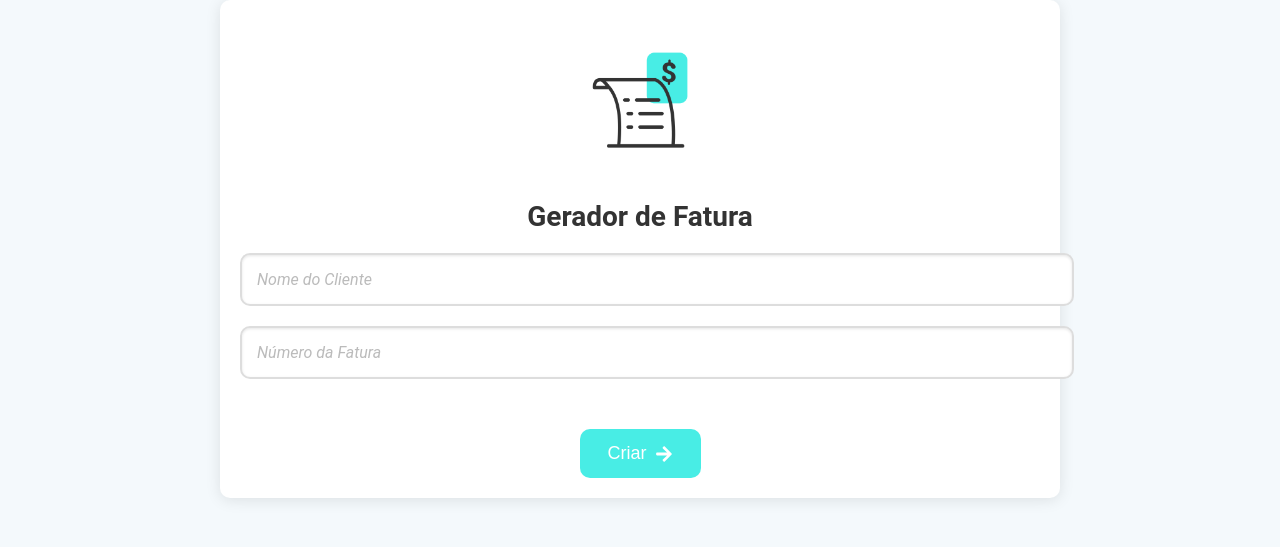
Repository: thmedu/Gerador-de-Faturas
Page: /
An editor plug-in stored every save of this project. The page is shown before and after the next save, followed by the edit.
The browser window is 1280 px wide. The pictures show the whole page.
The project was rebuilt for these pictures with package versions that can differ from the ones it lists, and the page was loaded fresh each time. Also part of the build but not shown: vite.config.js, src/Componete/Template.jsx.

Above is the page before, as saved 2024-07-16 19:32:52.

### index.html
<!DOCTYPE html>
<html lang="pt-BR">

<head>
  <meta charset="UTF-8" />
  <meta name="viewport" content="width=device-width, initial-scale=1.0" />
  <meta name="description" content="Gere sua fatura de forma simples e rápida com nosso gerador de faturas em React." />
  <meta name="keywords" content="fatura, gerador de faturas, React, financeiro" />
  <meta name="author" content="Thomas Eduardo" />
  <link rel="stylesheet" href="./src/App.css">
  <link rel="icon" href="./public/logo.png" />
  <title>Gere sua Fatura</title>
</head>


<body>
  <div id="root"></div>
  <script type="module" src="./src/main.jsx"></script>
</body>

</html>

### src/App.css
body {
  font-family: 'Roboto', sans-serif; /* Modern font */
  background-color: #f4f9fc; /* Softer background */
  margin: 0;
  padding: 0;
}

.container {
  max-width: 600px; /* Increased width for better usability */
  margin: 100px auto; /* Centering */
  padding: 40px 30px; /* Added padding */
  background: white; /* Card style */
  border-radius: 20px; /* More pronounced rounded corners */
  box-shadow: 0 8px 30px rgba(0, 0, 0, 0.2); /* Deeper shadow for a floating effect */
  transition: transform 0.3s; /* Smooth scaling */
}

.container:hover {
  transform: translateY(-5px); /* Lift effect on hover */
}

.logo {
  display: block;
  margin: 0 auto 20px; /* Center the logo */
  max-width: 160px; /* Adjust logo size */
}

.title {
  text-align: center;
  color: #333; /* Darker text */
  font-size: 28px; /* Increased font size */
  margin-bottom: 20px; /* Space below title */
  font-weight: 700; /* Bold title */
}

.form {
  display: flex;
  flex-direction: column; /* Column layout for inputs */
}

.inputs {
  margin-bottom: 30px; /* More space below inputs */
}

.input-field {
  padding: 16px; /* Increased padding for comfort */
  border: 1px solid #ddd; /* Light border */
  border-radius: 10px; /* Rounded corners */
  font-size: 18px; /* Larger font size */
  width: 100%; /* Full width */
  transition: border-color 0.3s, box-shadow 0.3s; /* Smooth transition */
  margin-bottom: 15px; /* Space between inputs */
}

.input-field:focus {
  border-color: #48ede5; /* Highlight on focus */
  outline: none; /* Remove default outline */
  box-shadow: 0 0 5px rgba(72, 237, 229, 0.5); /* Glow effect */
}

.buttons {
  display: flex;
  justify-content: center; /* Center buttons */
}

.submit-button {
  background-color: #48ede5; /* Primary color */
  color: white; /* White text */
  border: none; /* No border */
  border-radius: 10px; /* Rounded corners */
  padding: 14px 28px; /* Padding */
  font-size: 18px; /* Larger font size */
  cursor: pointer; /* Pointer on hover */
  transition: background 0.3s, transform 0.3s; /* Smooth transition */
  display: flex; /* Flex to align icon */
  align-items: center; /* Center icon vertically */
}

.submit-button:hover {
  background-color: #36b4d3; /* Darker on hover */
  transform: scale(1.05); /* Slight zoom effect */
}

.submit-button:disabled {
  background-color: #c0c0c0; /* Grey when disabled */
  cursor: not-allowed; /* Not allowed cursor */
}

.submit-button svg {
  margin-left: 8px; /* Space between text and icon */
}
.input-field {
  padding: 15px; /* Comfortable padding */
  border: 2px solid #ddd; /* Slightly thicker border */
  border-radius: 10px; /* Rounded corners */
  font-size: 16px; /* Appropriate font size */
  width: 100%; /* Full width */
  box-shadow: inset 0 1px 3px rgba(0, 0, 0, 0.1); /* Soft inner shadow */
  transition: border-color 0.3s, box-shadow 0.3s; /* Smooth transitions */
  margin-bottom: 20px; /* Space between inputs */
}

.input-field:focus {
  border-color: #48ede5; /* Highlight border color */
  outline: none; /* Remove default outline */
  box-shadow: 0 0 5px rgba(72, 237, 229, 0.5); /* Subtle glow effect */
}

.input-field::placeholder {
  color: #bbb; /* Light gray placeholder */
  font-style: italic; /* Italic for a modern touch */
}
input {
  font-family: inherit; /* Inherit font family */
}

input:disabled {
  background-color: #f7f7f7; /* Light background for disabled */
  color: #aaa; /* Lighter text color */
}

### src/main.jsx
import React from 'react';
import ReactDOM from 'react-dom';
import App from './App';
import 'react-toastify/dist/ReactToastify.css';
import { ToastContainer } from 'react-toastify';

ReactDOM.render(
  <React.StrictMode>
    <ToastContainer />
    <App />
  </React.StrictMode>,
  document.getElementById('root'),
);

### src/App.jsx
import React, { useState, useEffect } from 'react';
import './App.css';
import TemplatePdf from './Componete/Template';
import { FaArrowRight } from 'react-icons/fa';
import { toast } from 'react-toastify';
import logo from '/logo.png';

function App() {
  const [numeroDaFatura, setNumeroDaFatura] = useState('');
  const [nomeCliente, setNomeCliente] = useState('');
  const [data, setData] = useState('');
  const [visualizar, setVisualizar] = useState(true);
  const [loading, setLoading] = useState(false);

  useEffect(() => {
    const atual = new Date();
    const dataFormatada = `${String(atual.getDate()).padStart(2, '0')}/${String(
      atual.getMonth() + 1,
    ).padStart(2, '0')}/${atual.getFullYear()}`;
    setData(dataFormatada);
  }, []);

  const criar = () => {
    if (!numeroDaFatura.match(/^[0-9]+$/)) {
      toast.error('Por favor, insira um número de fatura válido.');
      return;
    }
    if (!nomeCliente) {
      toast.error('Por favor, insira o nome do cliente.');
      return;
    }
    setLoading(true);
    setTimeout(() => {
      toast.success('Fatura criada com sucesso!');
      setLoading(false);
      setVisualizar(false);
    }, 500); // Simulando um delay para uma chamada de API
  };

  return (
    <>
      {visualizar ? (
        <div className="container">
          <img src={logo} alt="Logo" className="logo" />
          <h1 className="title">Gerador de Fatura</h1>
          <div className="form">
            <div className="inputs">
              <input
                type="text"
                placeholder="Nome do Cliente"
                value={nomeCliente}
                onChange={(e) => setNomeCliente(e.target.value)}
                disabled={loading} // Desabilita o input durante o carregamento
                className="input-field"
              />
              <input
                type="text"
                placeholder="Número da Fatura"
                value={numeroDaFatura}
                onChange={(e) => setNumeroDaFatura(e.target.value)}
                disabled={loading} // Desabilita o input durante o carregamento
                className="input-field"
              />
            </div>
            <div className="buttons">
              <button
                onClick={criar}
                disabled={loading}
                className="submit-button"
              >
                {loading ? 'Criando...' : 'Criar'} <FaArrowRight />
              </button>
            </div>
          </div>
        </div>
      ) : (
        <TemplatePdf
          NumeroDaFatura={numeroDaFatura}
          data={data}
          nomeCliente={nomeCliente}
        />
      )}
    </>
  );
}

export default App;

### src/Componete/Template.css
/* Container geral */
.container {
    max-width: 800px;
    margin: 0 auto;
    padding: 20px;
    background: #ffffff;
    border-radius: 10px;
    box-shadow: 0 2px 15px rgba(0, 0, 0, 0.1);
}

/* Logo */
.logo {
    text-align: center;
    margin-bottom: 20px;
}

.logo img {
    max-width: 100px;
}

/* Título */
h1 {
    text-align: center;
    color: #48ede5;
    font-size: 28px;
    margin-bottom: 20px;
}

/* Informações do cliente */
.client-info {
    margin-bottom: 20px;
    font-size: 16px;
    color: #333;
    padding: 10px;
    background-color: #f9f9f9;
    border-radius: 5px;
}

/* Método de pagamento */
.payment-method {
    margin-bottom: 20px;
}

.payment-method select {
    padding: 10px;
    border: 1px solid #ccc;
    border-radius: 5px;
    font-size: 16px;
}

/* Tabela */
.table {
    width: 100%;
    border-collapse: collapse;
    margin-top: 20px;
}

.table thead {
    background: #48ede5;
    color: #ffffff;
}

.table th, .table td {
    padding: 12px;
    text-align: left;
    border-bottom: 1px solid #ddd;
}

.table tbody tr:hover {
    background: #f1f1f1;
}

/* Notas */
.notes {
    margin-top: 20px;
    color: #333;
}

.notes strong {
    display: block;
    margin-bottom: 5px;
    font-weight: bold;
}

/* Botões */
.button-group {
    margin-top: 20px;
    display: flex;
    justify-content: space-between;
}

.print-button, .add-button, .remove-button {
    padding: 10px 15px;
    background: #48ede5;
    color: white;
    border: none;
    border-radius: 5px;
    cursor: pointer;
    transition: background 0.3s ease;
}

.print-button:hover, .add-button:hover, .remove-button:hover {
    background: #36b4d3;
}

/* Título do diálogo */
.dialog-title {
    display: flex;
    justify-content: space-between;
    align-items: center;
}

.dialog-title .hed {
    font-size: 1.5em;
    font-weight: bold;
    color: #48ede5;
}

/* Formulários */
.forms {
    display: flex;
    flex-direction: column;
}

.forms input {
    width: 100%;
    padding: 10px;
    margin: 5px 0;
    border: 1px solid #ccc;
    border-radius: 5px;
    transition: border-color 0.3s;
}

.forms input:focus {
    border-color: #48ede5;
    outline: none;
}

/* Ícones nos produtos */
.table td:first-child {
    display: flex;
    align-items: center;
}

.table td:first-child svg {
    margin-right: 8px; /* Espaçamento entre ícone e texto */
}

/* Estilo de remover produto */
.remove-button {
    background: transparent;
    color: #e74c3c; /* Cor do ícone de remover */
    border: none;
    cursor: pointer;
    display: flex;
    align-items: center;
}

.remove-button:hover {
    color: #c0392b; /* Cor ao passar o mouse */
}

After the next save:
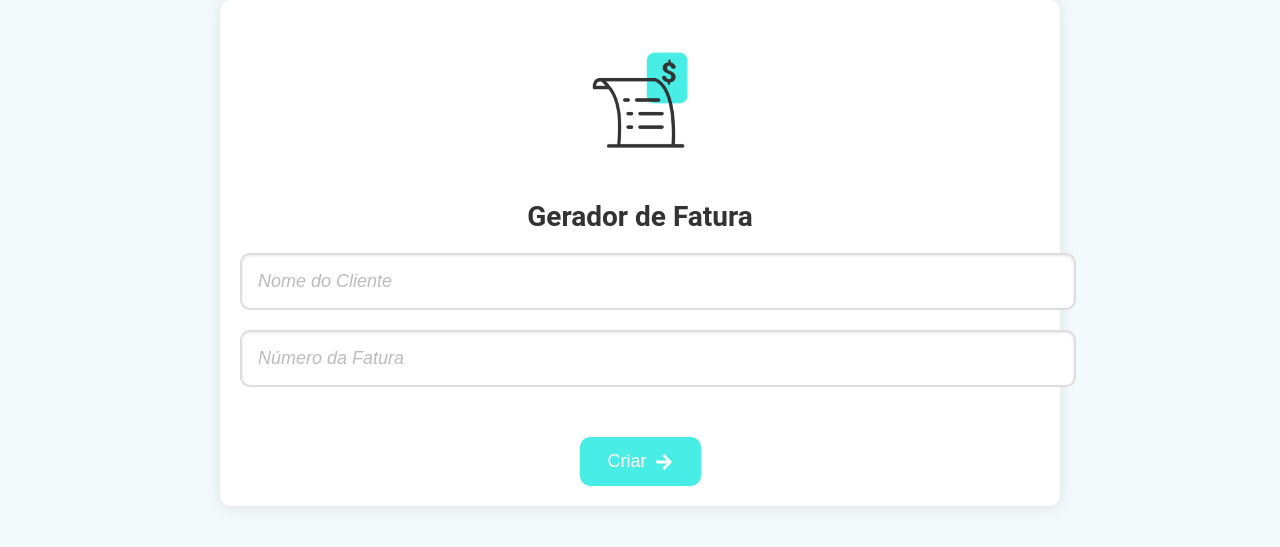
Saved 100 s later.
--- a/src/App.css
+++ b/src/App.css
@@ -1,120 +1,102 @@
 body {
-  font-family: 'Roboto', sans-serif; /* Modern font */
-  background-color: #f4f9fc; /* Softer background */
+  font-family: 'Roboto', sans-serif; /* Fonte moderna */
+  background-color: #f4f9fc; /* Fundo suave */
   margin: 0;
   padding: 0;
 }
 
 .container {
-  max-width: 600px; /* Increased width for better usability */
-  margin: 100px auto; /* Centering */
-  padding: 40px 30px; /* Added padding */
-  background: white; /* Card style */
-  border-radius: 20px; /* More pronounced rounded corners */
-  box-shadow: 0 8px 30px rgba(0, 0, 0, 0.2); /* Deeper shadow for a floating effect */
-  transition: transform 0.3s; /* Smooth scaling */
+  max-width: 600px; /* Largura aumentada para melhor usabilidade */
+  margin: 100px auto; /* Centralização */
+  padding: 40px 30px; /* Adicionando padding */
+  background: white; /* Estilo de cartão */
+  border-radius: 20px; /* Cantos arredondados mais pronunciados */
+  box-shadow: 0 8px 30px rgba(0, 0, 0, 0.2); /* Sombra mais profunda */
+  transition: transform 0.3s; /* Transição suave */
 }
 
 .container:hover {
-  transform: translateY(-5px); /* Lift effect on hover */
+  transform: translateY(-5px); /* Efeito de elevação ao passar o mouse */
 }
 
 .logo {
   display: block;
-  margin: 0 auto 20px; /* Center the logo */
-  max-width: 160px; /* Adjust logo size */
+  margin: 0 auto 20px; /* Centraliza o logo */
+  max-width: 160px; /* Ajusta o tamanho do logo */
 }
 
 .title {
   text-align: center;
-  color: #333; /* Darker text */
-  font-size: 28px; /* Increased font size */
-  margin-bottom: 20px; /* Space below title */
-  font-weight: 700; /* Bold title */
+  color: #333; /* Texto mais escuro */
+  font-size: 28px; /* Tamanho de fonte aumentado */
+  margin-bottom: 20px; /* Espaço abaixo do título */
+  font-weight: 700; /* Título em negrito */
 }
 
 .form {
   display: flex;
-  flex-direction: column; /* Column layout for inputs */
+  flex-direction: column; /* Layout em coluna para os inputs */
 }
 
 .inputs {
-  margin-bottom: 30px; /* More space below inputs */
+  margin-bottom: 30px; /* Mais espaço abaixo dos inputs */
 }
 
 .input-field {
-  padding: 16px; /* Increased padding for comfort */
-  border: 1px solid #ddd; /* Light border */
-  border-radius: 10px; /* Rounded corners */
-  font-size: 18px; /* Larger font size */
-  width: 100%; /* Full width */
-  transition: border-color 0.3s, box-shadow 0.3s; /* Smooth transition */
-  margin-bottom: 15px; /* Space between inputs */
+  padding: 16px; /* Padding confortável */
+  border: 2px solid #ddd; /* Borda mais espessa */
+  border-radius: 10px; /* Cantos arredondados */
+  font-size: 18px; /* Tamanho de fonte maior */
+  width: 100%; /* Largura total */
+  box-shadow: inset 0 1px 3px rgba(0, 0, 0, 0.1); /* Sombra interna suave */
+  transition: border-color 0.3s, box-shadow 0.3s; /* Transições suaves */
+  margin-bottom: 20px; /* Espaço entre os inputs */
 }
 
 .input-field:focus {
-  border-color: #48ede5; /* Highlight on focus */
-  outline: none; /* Remove default outline */
-  box-shadow: 0 0 5px rgba(72, 237, 229, 0.5); /* Glow effect */
+  border-color: #48ede5; /* Cor de destaque ao focar */
+  outline: none; /* Remove o contorno padrão */
+  box-shadow: 0 0 5px rgba(72, 237, 229, 0.5); /* Efeito de brilho */
+}
+
+.input-field::placeholder {
+  color: #bbb; /* Placeholder cinza claro */
+  font-style: italic; /* Estilo itálico para o placeholder */
 }
 
 .buttons {
   display: flex;
-  justify-content: center; /* Center buttons */
+  justify-content: center; /* Centraliza os botões */
 }
 
 .submit-button {
-  background-color: #48ede5; /* Primary color */
-  color: white; /* White text */
-  border: none; /* No border */
-  border-radius: 10px; /* Rounded corners */
+  background-color: #48ede5; /* Cor primária */
+  color: white; /* Texto branco */
+  border: none; /* Sem borda */
+  border-radius: 10px; /* Cantos arredondados */
   padding: 14px 28px; /* Padding */
-  font-size: 18px; /* Larger font size */
-  cursor: pointer; /* Pointer on hover */
-  transition: background 0.3s, transform 0.3s; /* Smooth transition */
-  display: flex; /* Flex to align icon */
-  align-items: center; /* Center icon vertically */
+  font-size: 18px; /* Tamanho de fonte maior */
+  cursor: pointer; /* Muda para ponteiro ao passar o mouse */
+  transition: background 0.3s, transform 0.3s; /* Transições suaves */
+  display: flex; /* Flex para alinhar ícone */
+  align-items: center; /* Centraliza verticalmente */
 }
 
 .submit-button:hover {
-  background-color: #36b4d3; /* Darker on hover */
-  transform: scale(1.05); /* Slight zoom effect */
+  background-color: #36b4d3; /* Tom mais escuro ao passar o mouse */
+  transform: scale(1.05); /* Efeito de zoom leve */
 }
 
 .submit-button:disabled {
-  background-color: #c0c0c0; /* Grey when disabled */
-  cursor: not-allowed; /* Not allowed cursor */
+  background-color: #c0c0c0; /* Cinza quando desabilitado */
+  cursor: not-allowed; /* Cursor de não permitido */
 }
 
 .submit-button svg {
-  margin-left: 8px; /* Space between text and icon */
-}
-.input-field {
-  padding: 15px; /* Comfortable padding */
-  border: 2px solid #ddd; /* Slightly thicker border */
-  border-radius: 10px; /* Rounded corners */
-  font-size: 16px; /* Appropriate font size */
-  width: 100%; /* Full width */
-  box-shadow: inset 0 1px 3px rgba(0, 0, 0, 0.1); /* Soft inner shadow */
-  transition: border-color 0.3s, box-shadow 0.3s; /* Smooth transitions */
-  margin-bottom: 20px; /* Space between inputs */
-}
-
-.input-field:focus {
-  border-color: #48ede5; /* Highlight border color */
-  outline: none; /* Remove default outline */
-  box-shadow: 0 0 5px rgba(72, 237, 229, 0.5); /* Subtle glow effect */
-}
-
-.input-field::placeholder {
-  color: #bbb; /* Light gray placeholder */
-  font-style: italic; /* Italic for a modern touch */
-}
-input {
-  font-family: inherit; /* Inherit font family */
+  margin-left: 8px; /* Espaço entre texto e ícone */
 }
 
 input:disabled {
-  background-color: #f7f7f7; /* Light background for disabled */
-  color: #aaa; /* Lighter text color */
+  background-color: #f7f7f7; /* Fundo claro para desabilitados */
+  color: #aaa; /* Texto mais claro */
 }
